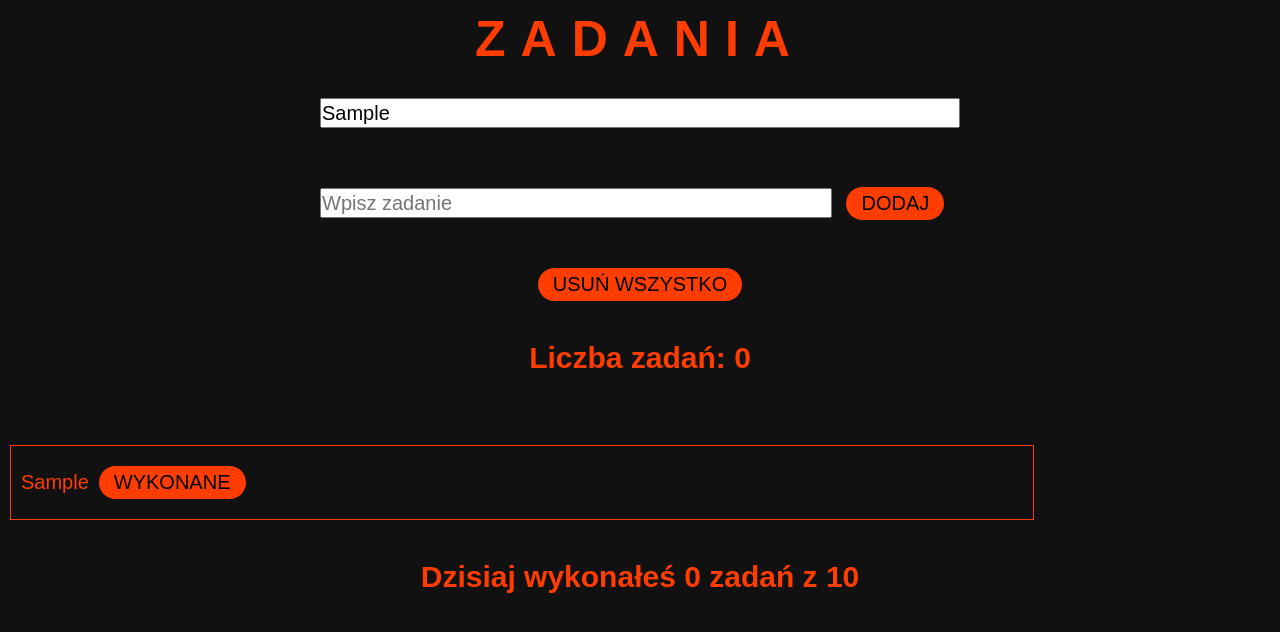
Repository: RobertDsr/To-Do-List
Page: index.html
The author's editor kept a copy of each file at every save. The page is drawn from the files as they stood at one save, then again after a run of saves.
The browser window is 1280 px wide. The pictures show the whole page.
Empty fields were first filled with sample values (such as "Sample", 5 or name@example.com).
After loading, the first visible `form.add-task` was submitted once.
The style sheet was rebuilt from its Sass, Less or Tailwind sources for each picture, by a compiler version that may differ from the author's.

Above is the page before, as saved 2022-01-14 13:23:21.

After the next 3 saves:
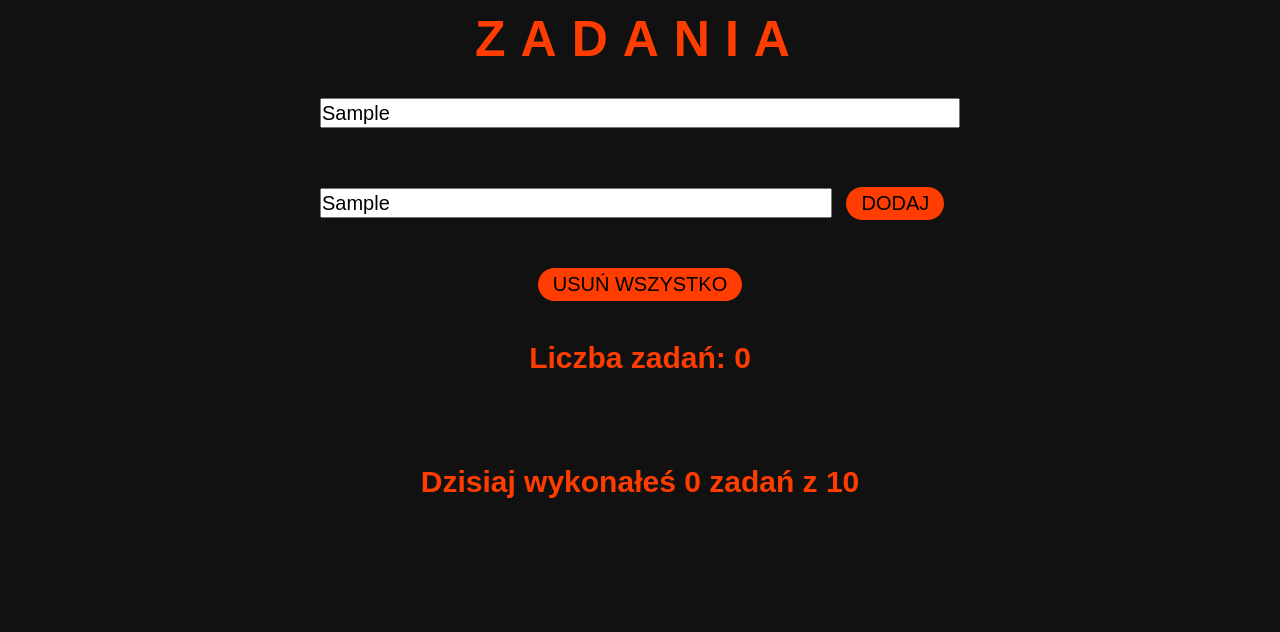
Console error: ReferenceError: renderList is not defined
The 3 saves are shown as one change because they came seconds apart.
The last was saved 7 min 1 s later.
--- a/js/main.js
+++ b/js/main.js
@@ -52,10 +52,7 @@ const addTask = (e) => {
     taskElements.innerHTML = titleTask + '<button class="btn btn--medium">WYKONANE</button>';
     toDoList.push(taskElements);
     ul.textContent = "";
-    toDoList.forEach(( toDoElement, key) => {
-        toDoElement.dataset.key = key;
-        ul.appendChild(toDoElement);
-    })
+    renderList()
     ul.appendChild(taskElements);
 
     inputAddTask.value = "";
